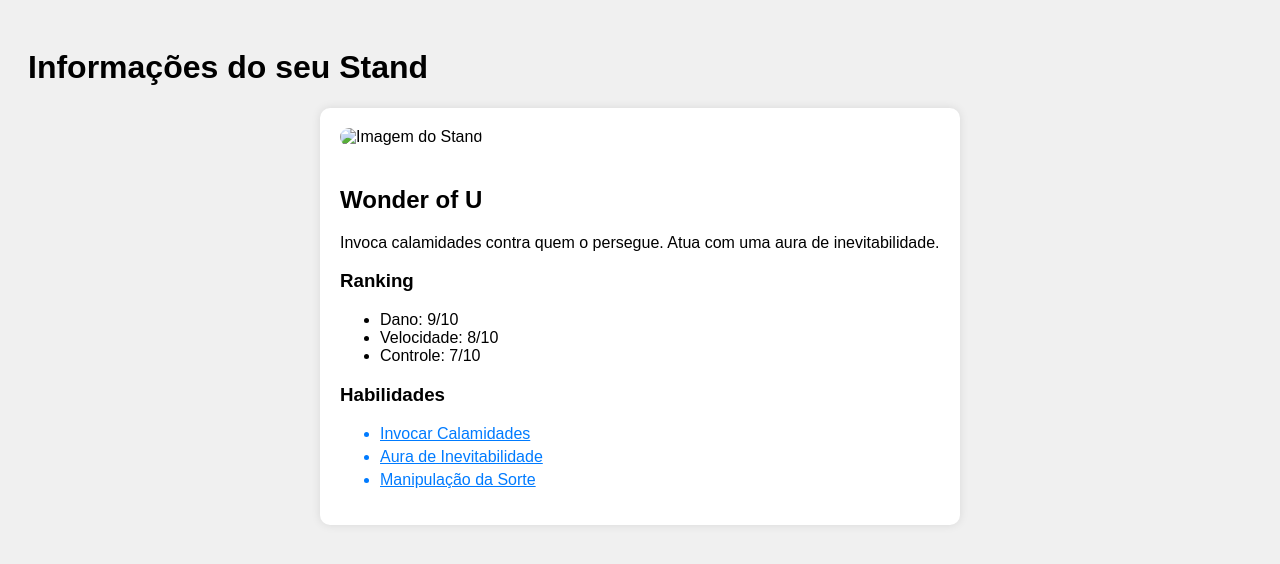
Repository: Yago-sz/Site-Jojo
Page: standinfo.html
The author's editor kept a copy of each file at every save. The page is drawn from the files as they stood at one save, then again after the next save.
The browser window is 1280 px wide. The pictures show the whole page.

Above is the page before, as saved 2025-04-23 17:29:24.
Not found: img/wonder.png

After the next save:
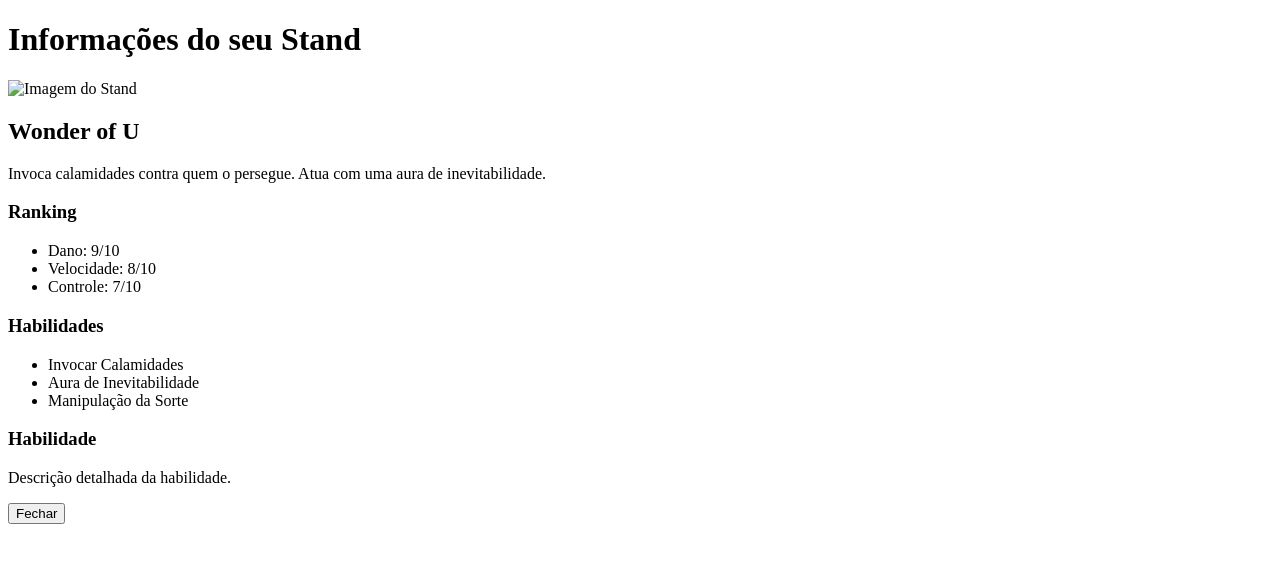
Saved 21 s later.
--- a/standinfo.html
+++ b/standinfo.html
@@ -4,39 +4,7 @@
   <meta charset="UTF-8" />
   <meta name="viewport" content="width=device-width, initial-scale=1.0"/>
   <title>Informações do Stand</title>
-  <style>
-    body { font-family: sans-serif; padding: 20px; background: #f0f0f0; }
-    .stand-card { background: white; padding: 20px; border-radius: 10px; max-width: 600px; margin: auto; box-shadow: 0 0 10px rgba(0,0,0,0.1); }
-    .stand-img { width: 100%; max-width: 300px; border-radius: 10px; margin-bottom: 20px; }
-    .habilidade-item { cursor: pointer; color: #007bff; text-decoration: underline; margin-bottom: 5px; }
 
-    /* Modal */
-    .modal-overlay {
-        position: fixed;
-        top: 0; left: 0; right: 0; bottom: 0;
-        background: rgba(0,0,0,0.6);
-        display: none;
-        justify-content: center;
-        align-items: center;
-        z-index: 999;
-    }
-    .modal-content {
-        background: white;
-        padding: 20px;
-        border-radius: 8px;
-        max-width: 400px;
-        text-align: center;
-    }
-    .close-btn {
-        background: #333;
-        color: white;
-        padding: 8px 12px;
-        border: none;
-        border-radius: 4px;
-        margin-top: 10px;
-        cursor: pointer;
-    }
-  </style>
 </head>
 <body>
 
